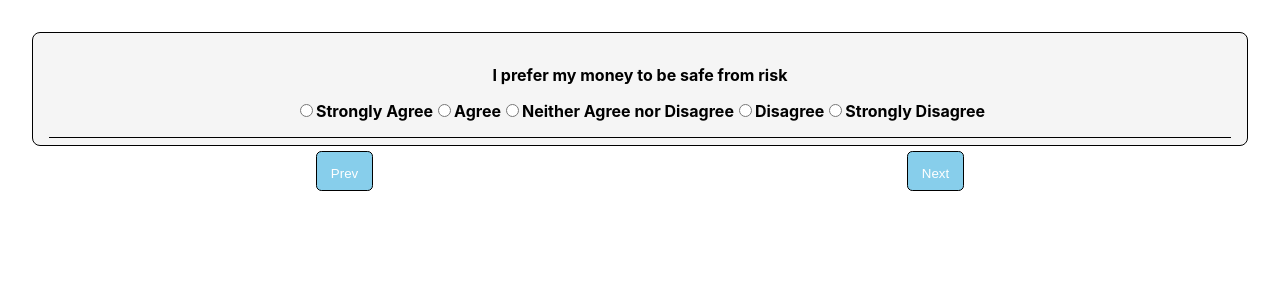
Repository: TheRungtaLibrary/survey
Page: /steps/2
These files come from the project's save history. The page is drawn as it stood at one moment and after the next save; the edit follows.
The browser window is 1280 px wide. The pictures show the whole page.
The project was rebuilt for these pictures with package versions that can differ from the ones it lists, and the page was loaded fresh each time. Also part of the build but not shown: src/components/Steps/Intro/Intro.js, src/components/Steps/Step1/Step1.js, src/components/Steps/Step3/Step3.js, src/components/Steps/Step4/Step4.js, src/components/Steps/Summary/Summary.scss, src/components/Steps/Summary/Summary.js.

Above is the page before, as saved 2020-06-15 17:23:40.

After the next save:
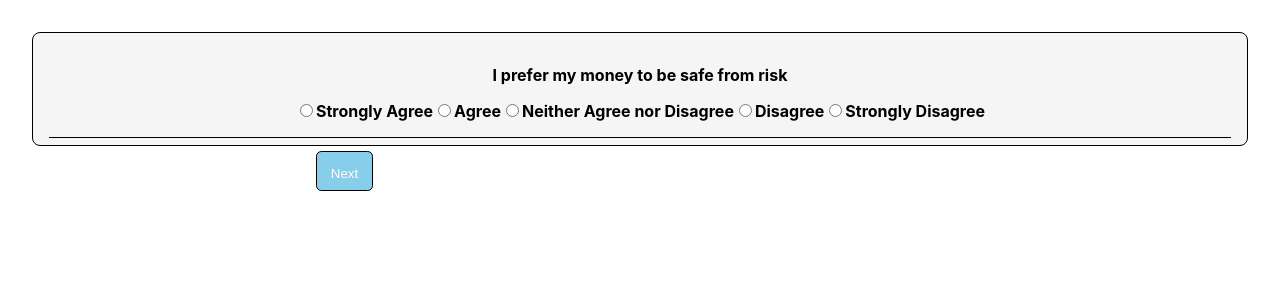
Saved 55 min 17 s later.
--- a/src/components/Steps/Step2/Step2.js
+++ b/src/components/Steps/Step2/Step2.js
@@ -82,9 +82,6 @@ const Step2 = () => {
         </div>
         <div className="nav-footer">
           <div>
-            <button onClick={onPrev}>Prev</button>
-          </div>
-          <div>
             <button type="submit" disabled={q2===""}>Next</button>
           </div>
         </div>
